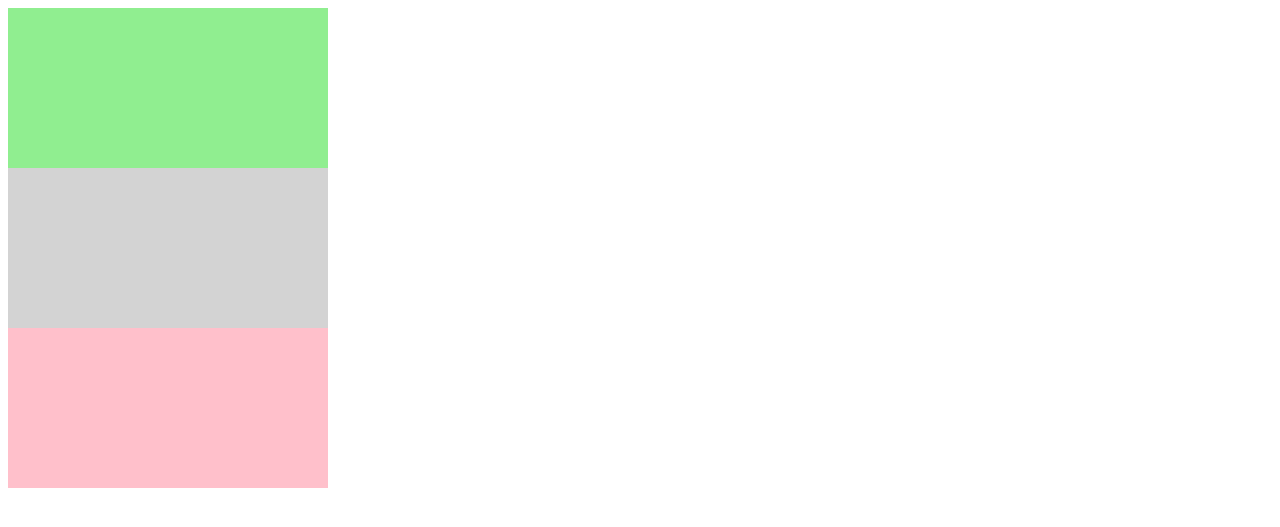
Repository: kimjaejoo/Tacademy
Page: http://localhost/Hello/2_include.jsp
The author's editor kept a copy of each file at every save. The page is drawn from the files as they stood at one save, then again after the next save.
The browser window is 1280 px wide. The pictures show the whole page.
The page is served by Tomcat 9. Nobody is signed in. The application's start-up code is not run.

Above is the page before, as saved 2016-11-01 01:33:05.

After the next save:
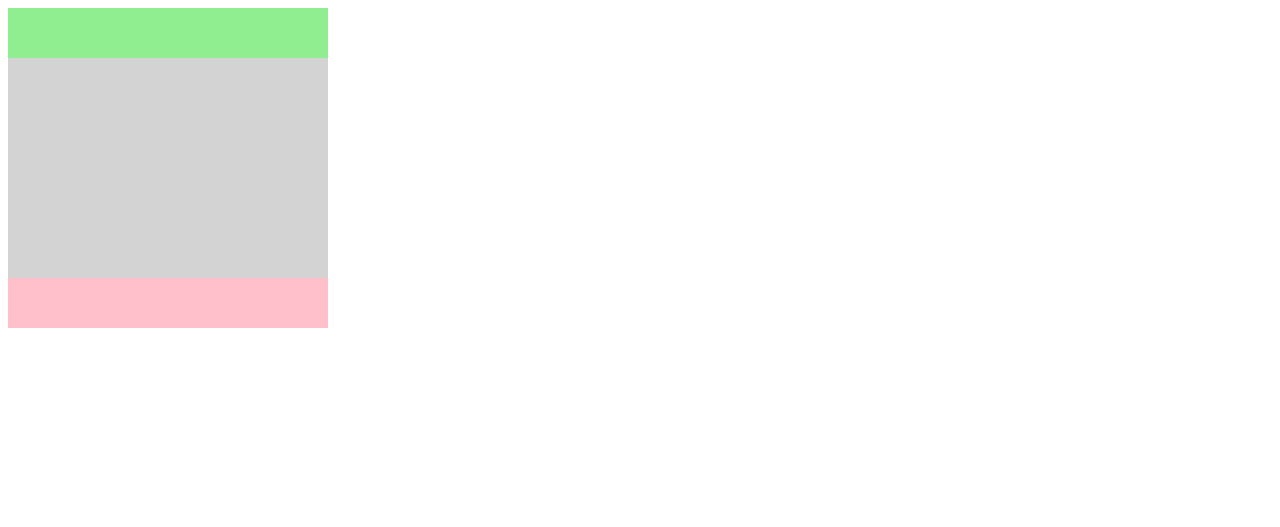
Saved 26 s later.
--- a/Hello/WebContent/2_include.jsp
+++ b/Hello/WebContent/2_include.jsp
@@ -14,13 +14,13 @@
 		width: 320px; height: 320px;
 	}
 	#header{
-		width: 100%; height: 50%; background: lightgreen;
+		width: 100%; height: 50px; background: lightgreen;
 	}
 	#contents{
-		width: 100%; height: 50%; background: lightgrey;
+		width: 100%; height: 220px; background: lightgrey;
 	}
 	#footer{
-		width: 100%; height: 50%; background: pink;
+		width: 100%; height: 50px; background: pink;
 	}
 </style>
 </head>
